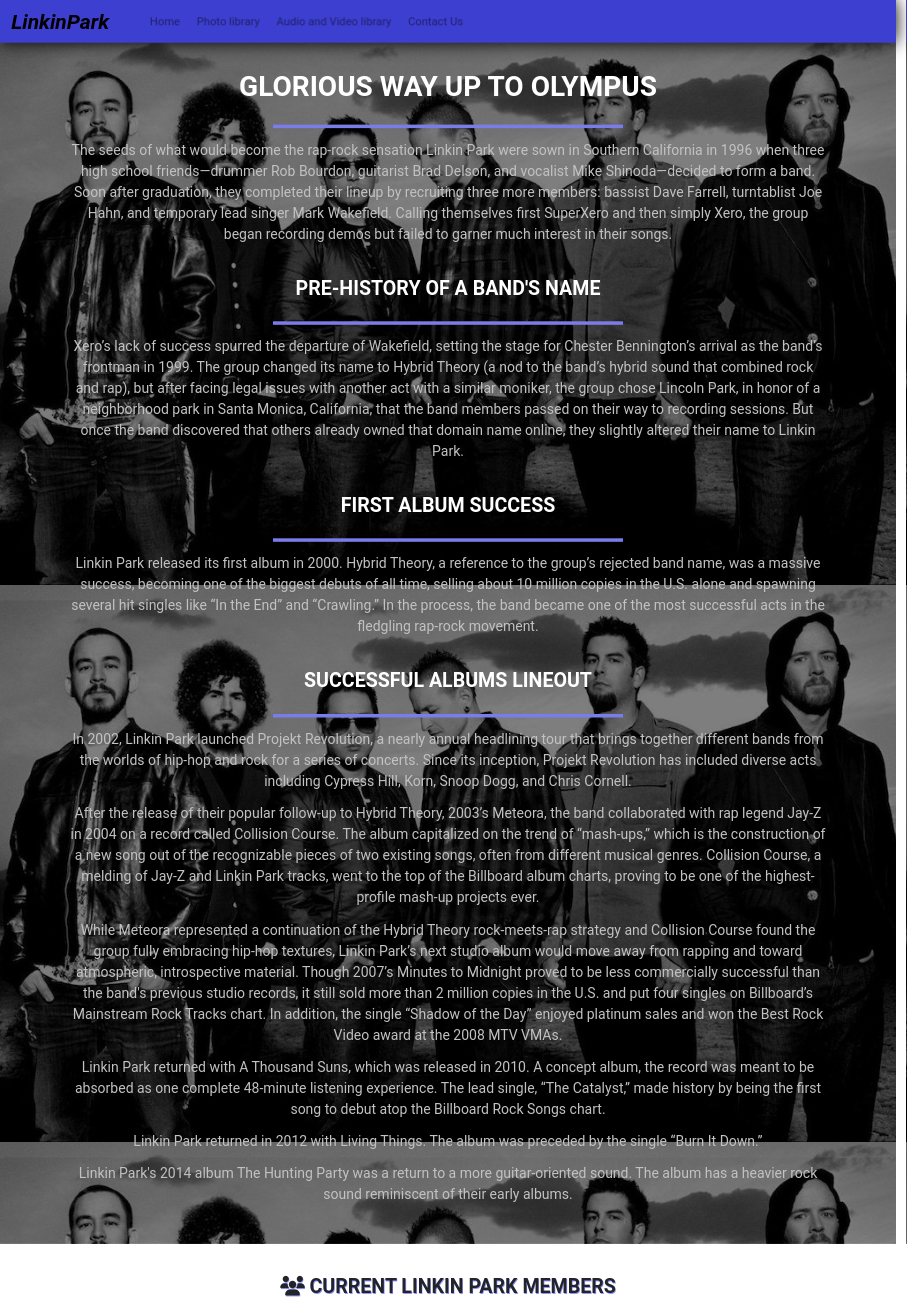
Repository: vaida898/website
Page: index.html
The author's editor kept a record of every edit. The page is drawn from the files as they stood at one moment, then again after the next edit.
The browser window is 1280 px wide. The page is 1295 px wide, so the pictures cover 1295 px, including what lies to the right of the window. The pictures show the part of the page from y = 0 to 1880 px (the page is 2834 px tall), at 70% of full size.
Backgrounds fixed to the window are drawn as part of the page. Some web libraries are served in a nearby version.

Above is the page before.
Console error: TypeError: Cannot read properties of undefined (reading 'fn')

After the next edit:
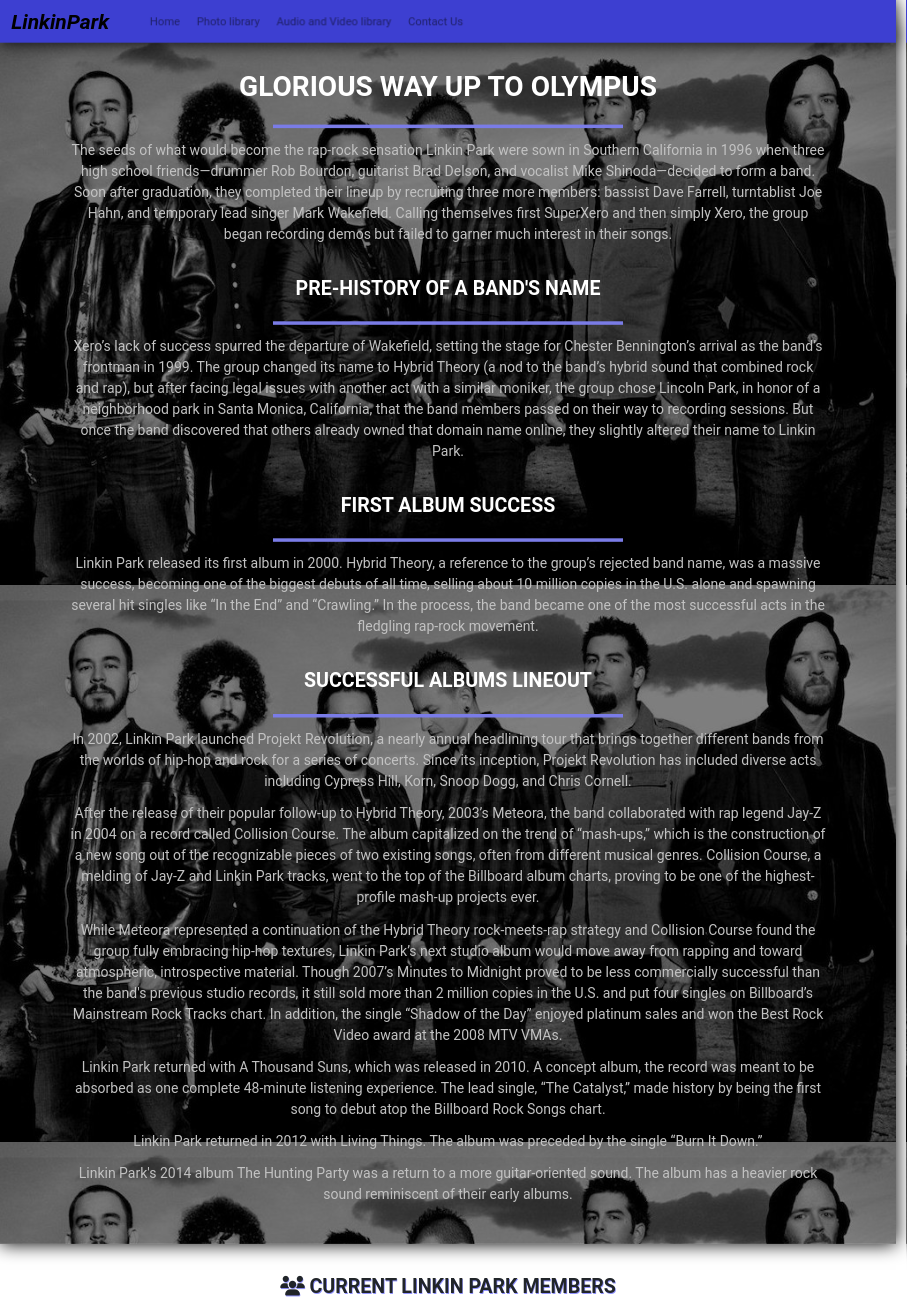
The edit:
--- a/css/style.css
+++ b/css/style.css
@@ -64,6 +64,7 @@
     padding-bottom: 40px;
 
     position: relative;
+    box-shadow: 0 0 25px 0 black
 }
 
 .opaque-overlay {
